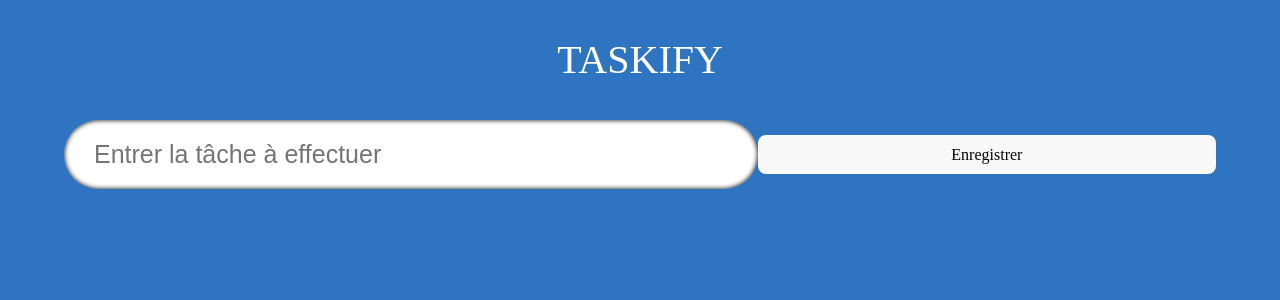
Repository: abdoulkarim20/react-ts-training
Page: /
These files come from the project's save history. The page is drawn as it stood at one moment and after a run of saves; the edit follows.
The browser window is 1280 px wide. The pictures show the whole page.
Some web fonts or font styles are not loaded; a fallback is used. The project was rebuilt for these pictures with package versions that can differ from the ones it lists, and the page was loaded fresh each time. Also part of the build but not shown: vite.config.ts.

Above is the page before, as saved 2024-01-23 00:14:36.

After the next 6 saves:
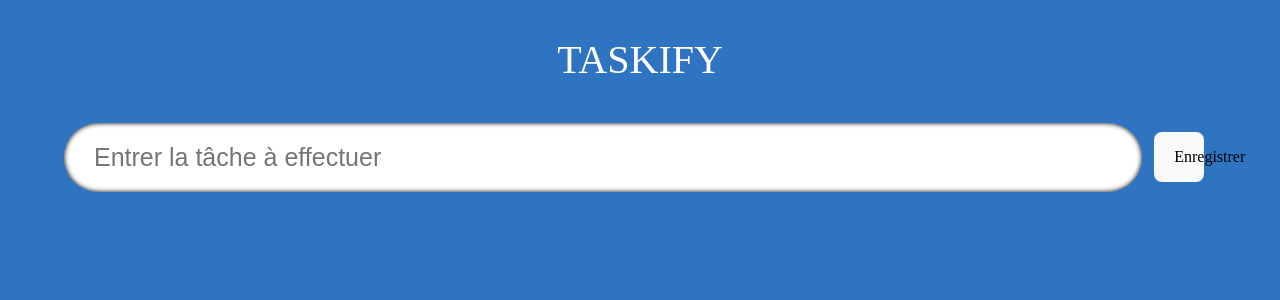
The 6 saves are shown as one change because they came seconds apart.
The last was saved 18 s later.
--- a/src/components/styles.css
+++ b/src/components/styles.css
@@ -20,5 +20,8 @@
 }
 
 .save-task-btn {
-    width: 50pc;
+    width: 50px;
+    height: 50px;
+    margin: 12px;
+    br
 }
